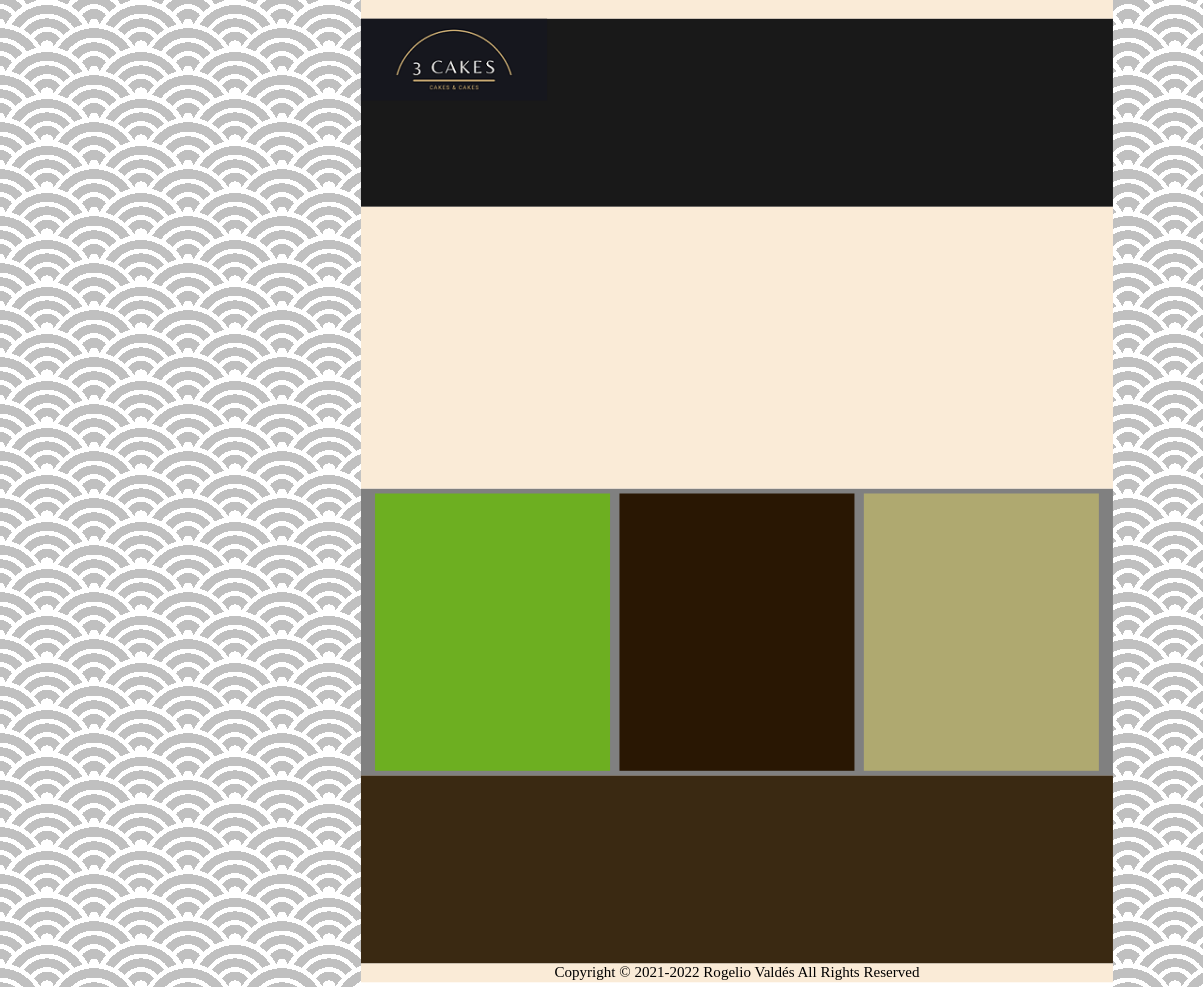
Repository: roge64/htmlfrontend
Page: index.html
An editor plug-in stored every save of this project. The page is shown before and after the next save, followed by the edit.
The browser window is 1280 px wide. The pictures show the whole page, at 94% of full size.

Above is the page before, as saved 2022-03-02 16:13:05.

### index.html
<!DOCTYPE html>
<html lang="en">
<head>
    <meta charset="UTF-8">
    <meta http-equiv="X-UA-Compatible" content="IE=edge">
    <meta name="viewport" content="width=device-width, initial-scale=1.0">
    <title>3 Cakes</title>
    <link rel="stylesheet" href="estilos/estilos.css">
</head>

<body>

    <section id="container">

        <header>

        </header>

        <section id="banner">
            <h1> <a href="index.html"><img src="/img/logo.png" alt="logo.png"></a> </h1>

        </section>

        <section id="noticias">


        </section>

        <section id="tienda">
            <article id="cake1"></article>
            <article id="cake2"></article>
            <article id="cake3"></article>

        </section>

        <section id="marcas">

        </section>

        <footer>
            <p> Copyright &copy; 2021-<script>document.write(new Date().getFullYear())</script> Rogelio Valdés All Rights Reserved</p>
        </footer>

    </section>

</body>

</html>

### estilos/estilos.css
*{
    border: 0 ;
    margin: 0 ;
    padding: 0;
}

body{
    background-color: rgb(0, 0, 0);
    width:40%;
    margin-left:auto;
    margin-right:auto;
    background-color:rgb(10, 10, 10);
    background-image:
    radial-gradient(circle at 100% 150%, silver 24%, white 24%, white 28%, silver 28%, silver 36%, white 36%, white 40%, transparent 40%, transparent),
    radial-gradient(circle at 0    150%, silver 24%, white 24%, white 28%, silver 28%, silver 36%, white 36%, white 40%, transparent 40%, transparent),
    radial-gradient(circle at 50%  100%, white 10%, silver 10%, silver 23%, white 23%, white 30%, silver 30%, silver 43%, white 43%, white 50%, silver 50%, silver 63%, white 63%, white 71%, transparent 71%, transparent),
    radial-gradient(circle at 100% 50%, white 5%, silver 5%, silver 15%, white 15%, white 20%, silver 20%, silver 29%, white 29%, white 34%, silver 34%, silver 44%, white 44%, white 49%, transparent 49%, transparent),
radial-gradient(circle at 0    50%, white 5%, silver 5%, silver 15%, white 15%, white 20%, silver 20%, silver 29%, white 29%, white 34%, silver 34%, silver 44%, white 44%, white 49%, transparent 49%, transparent);
background-size: 100px 50px;
/*     background-image: url("/img/papyrus-dark.png"); */
}

#container, header, #banner, #noticias, #tienda, footer{
    background-color:rgb(255, 255, 255);
    height: 1050px;
    width: 800px;

}

header{
    background-color:antiquewhite;

    height: 20px;

}

#banner{
    background-color:rgb(25, 25, 25) ;

    height: 200px;
}


#noticias{
    background-color: antiquewhite;

    height: 300px;
}

#tienda{
    background-color: grey;
    height: 300px;
    width: 780px;
    padding-left: 10px;
    padding-right: 10px;
    padding-top: 5px;
    text-align: center;
}

#marcas{
    background-color:rgb(58, 41, 18);
    height: 200px;
}


footer{
    background-color:antiquewhite;
    text-align: center;
    height: 20px;
}

#tienda #cake1{
    background: rgb(109, 175, 33);
    width: 250px;
    height: 295px;
    display: inline-block;
    vertical-align: top;
    margin: 0px 3px;
}

#tienda #cake2{
    background: rgb(41, 23, 3);
    width: 250px;
    height: 295px;
    display: inline-block;
    vertical-align: top;
    margin: 0px 3px;
}

#tienda #cake3{
    background: rgb(175, 169, 112);
    width: 250px;
    height: 295px;
    display: inline-block;
    vertical-align: top;
    margin: 0px 3px;
}

After the next save:
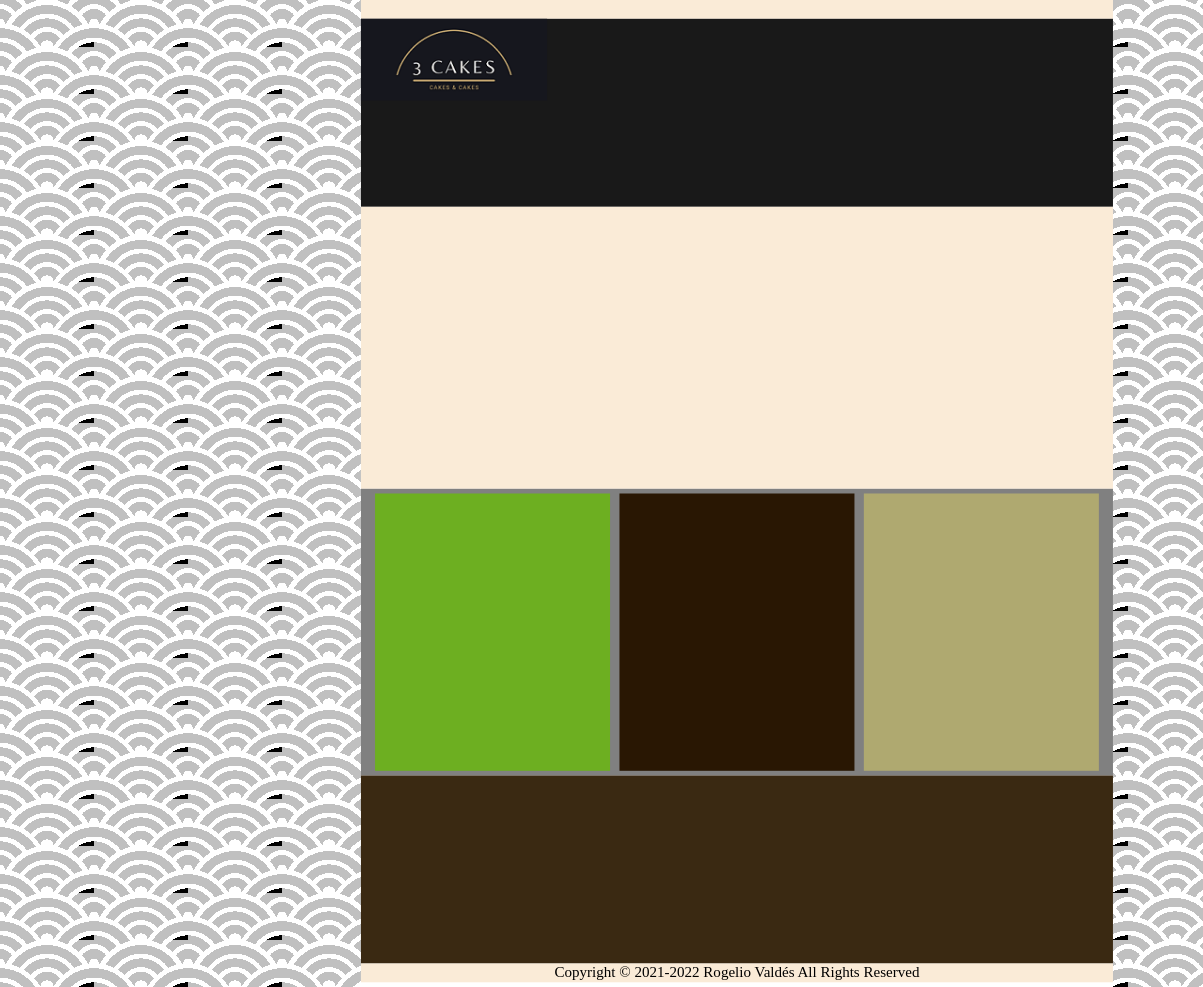
Saved 24 s later.
--- a/estilos/estilos.css
+++ b/estilos/estilos.css
@@ -11,7 +11,7 @@ body{
     margin-right:auto;
     background-color:rgb(10, 10, 10);
     background-image:
-    radial-gradient(circle at 100% 150%, silver 24%, white 24%, white 28%, silver 28%, silver 36%, white 36%, white 40%, transparent 40%, transparent),
+    radial-gradient(circle at 100% 150%, rgb(0, 0, 0) 24%, white 24%, white 28%, silver 28%, silver 36%, white 36%, white 40%, transparent 40%, transparent),
     radial-gradient(circle at 0    150%, silver 24%, white 24%, white 28%, silver 28%, silver 36%, white 36%, white 40%, transparent 40%, transparent),
     radial-gradient(circle at 50%  100%, white 10%, silver 10%, silver 23%, white 23%, white 30%, silver 30%, silver 43%, white 43%, white 50%, silver 50%, silver 63%, white 63%, white 71%, transparent 71%, transparent),
     radial-gradient(circle at 100% 50%, white 5%, silver 5%, silver 15%, white 15%, white 20%, silver 20%, silver 29%, white 29%, white 34%, silver 34%, silver 44%, white 44%, white 49%, transparent 49%, transparent),
